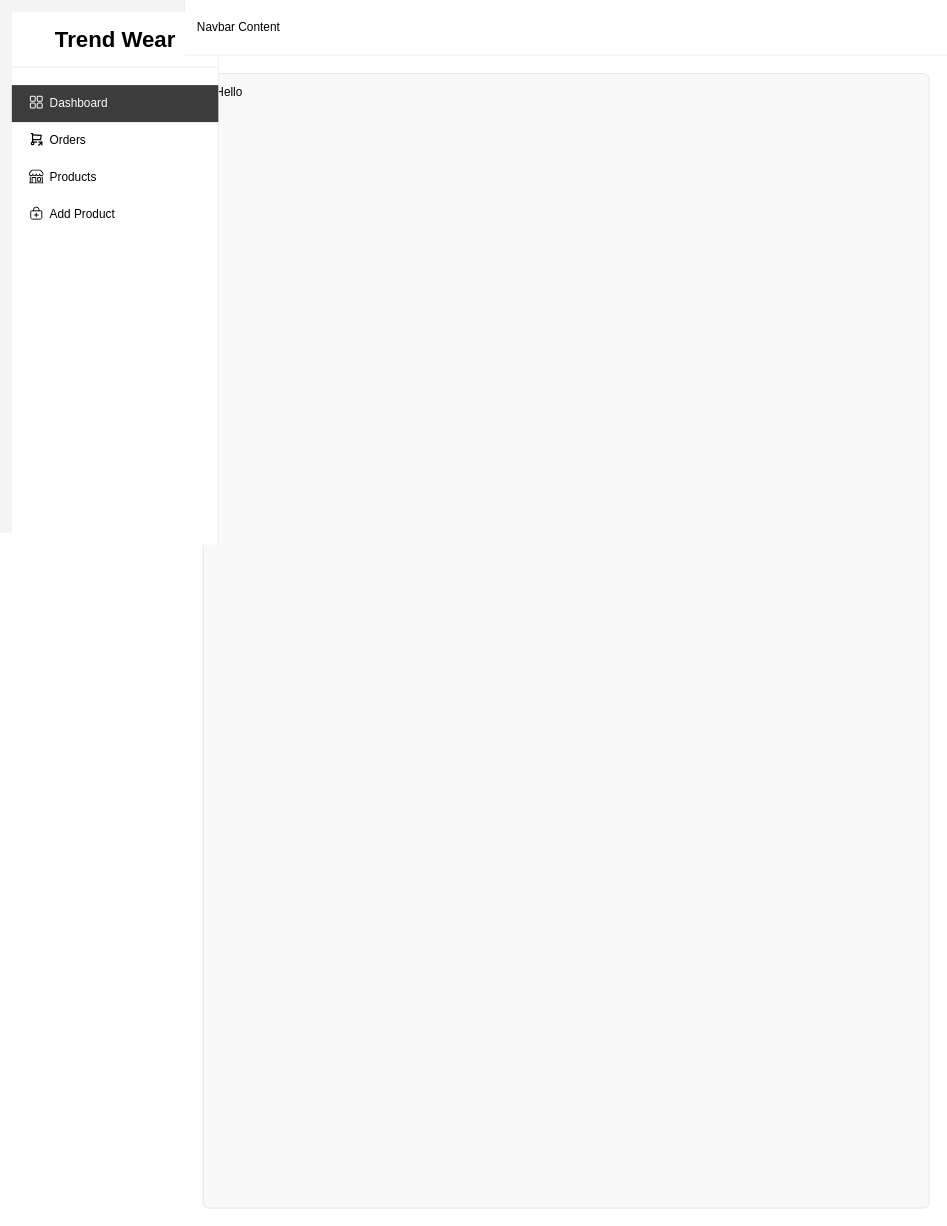
Repository: ahmad-dev7/TrendWear
Page: / (app in trend_wear_dashboard/)
An editor plug-in stored every save of this project. The page is shown before and after the next save, followed by the edit.
The browser window is 1280 px wide. The pictures show the whole page, at 74% of full size.
The project was rebuilt for these pictures with package versions that can differ from the ones it lists, and the page was loaded fresh each time. Also part of the build but not shown: trend_wear_dashboard/vite.config.ts.

Above is the page before, as saved 2025-01-20 11:46:54.

After the next save:
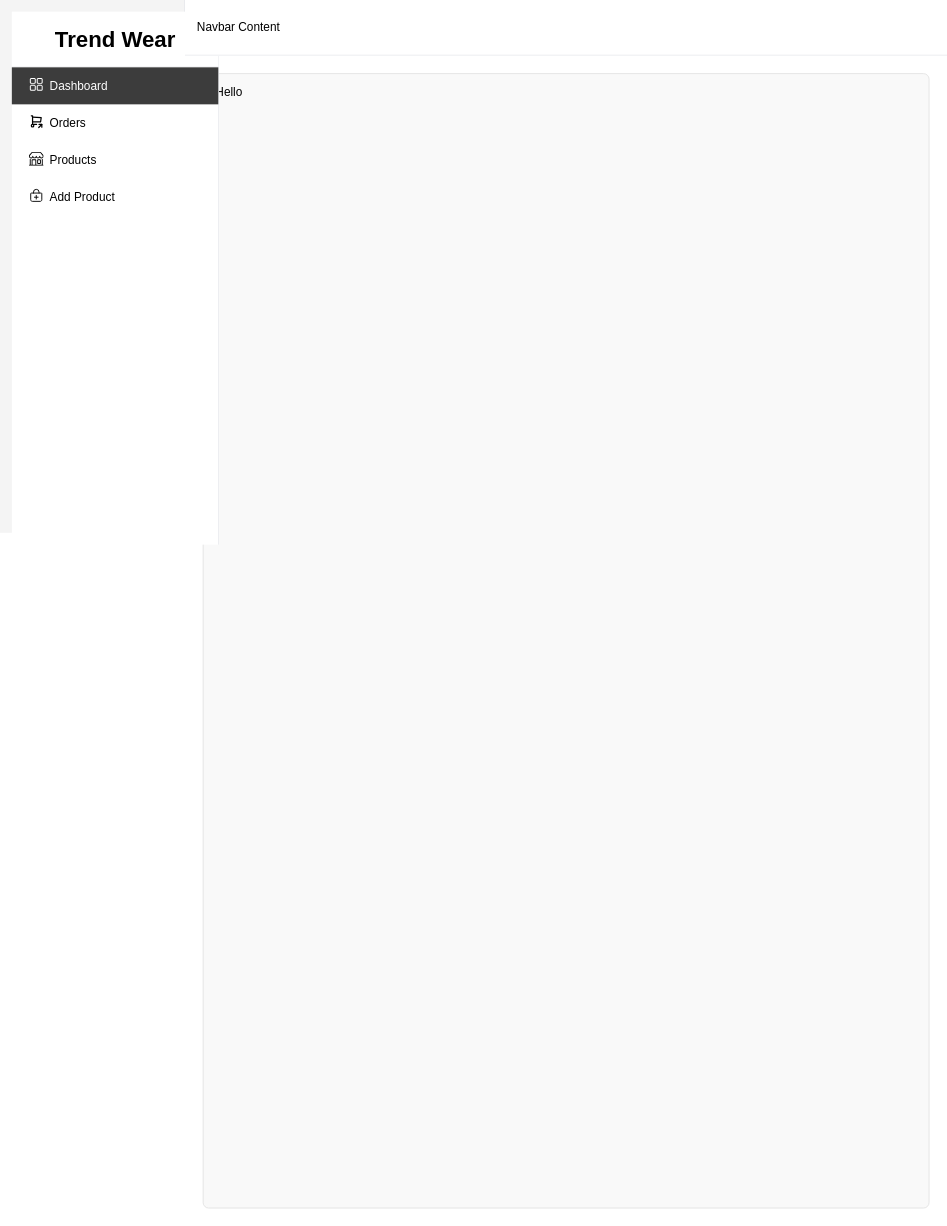
Saved 71 s later.
--- a/trend_wear_dashboard/src/Components/Sidebar/Sidebar.css
+++ b/trend_wear_dashboard/src/Components/Sidebar/Sidebar.css
@@ -20,7 +20,7 @@
 
 #sidebar-content {
     list-style-type: none;
-    margin-top: 24px;
+    /* margin-top: 24px; */
     padding: 0;
     cursor: pointer;
 }

After the save that followed:
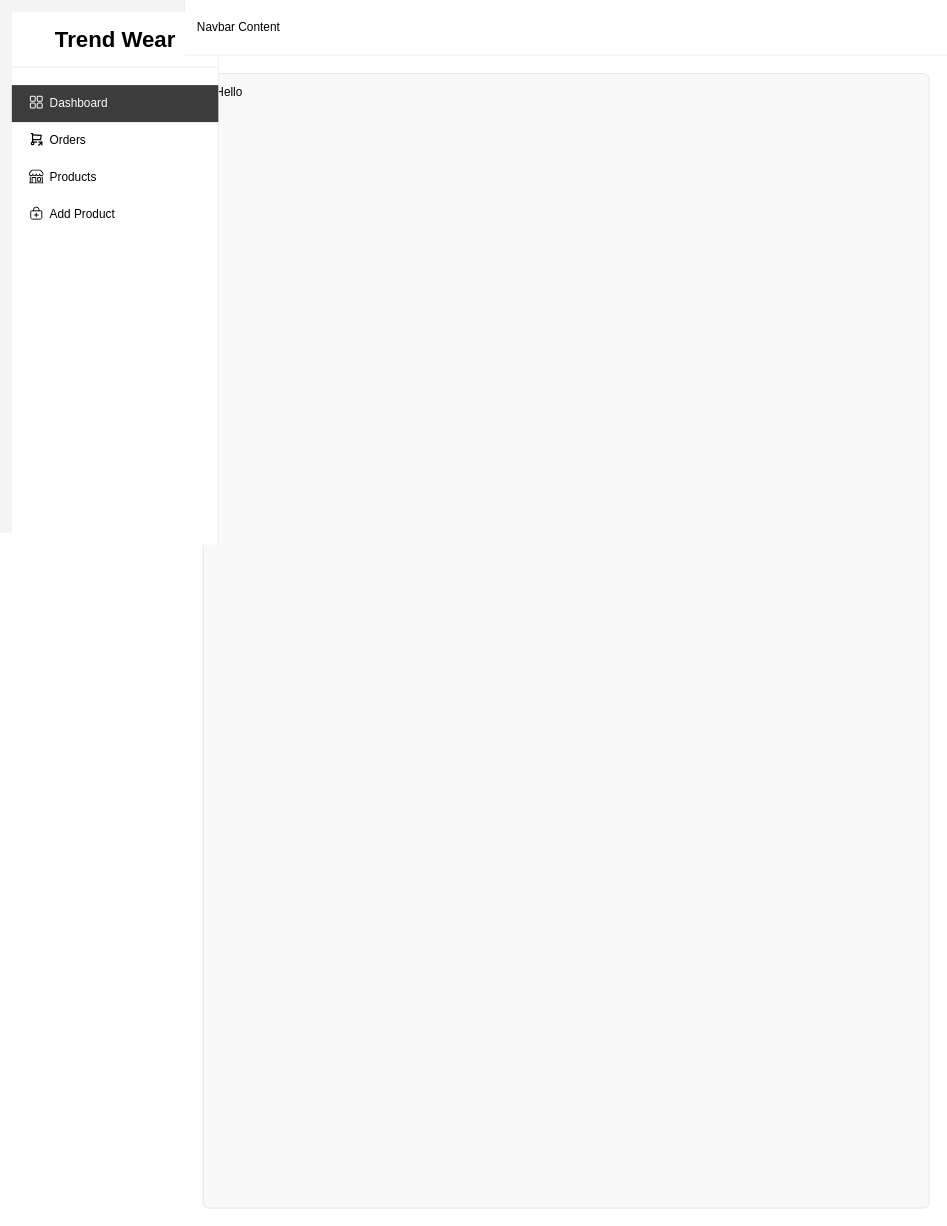
Saved 5 s later.
--- a/trend_wear_dashboard/src/Components/Sidebar/Sidebar.css
+++ b/trend_wear_dashboard/src/Components/Sidebar/Sidebar.css
@@ -20,7 +20,7 @@
 
 #sidebar-content {
     list-style-type: none;
-    /* margin-top: 24px; */
+    margin-top: 24px;
     padding: 0;
     cursor: pointer;
 }
